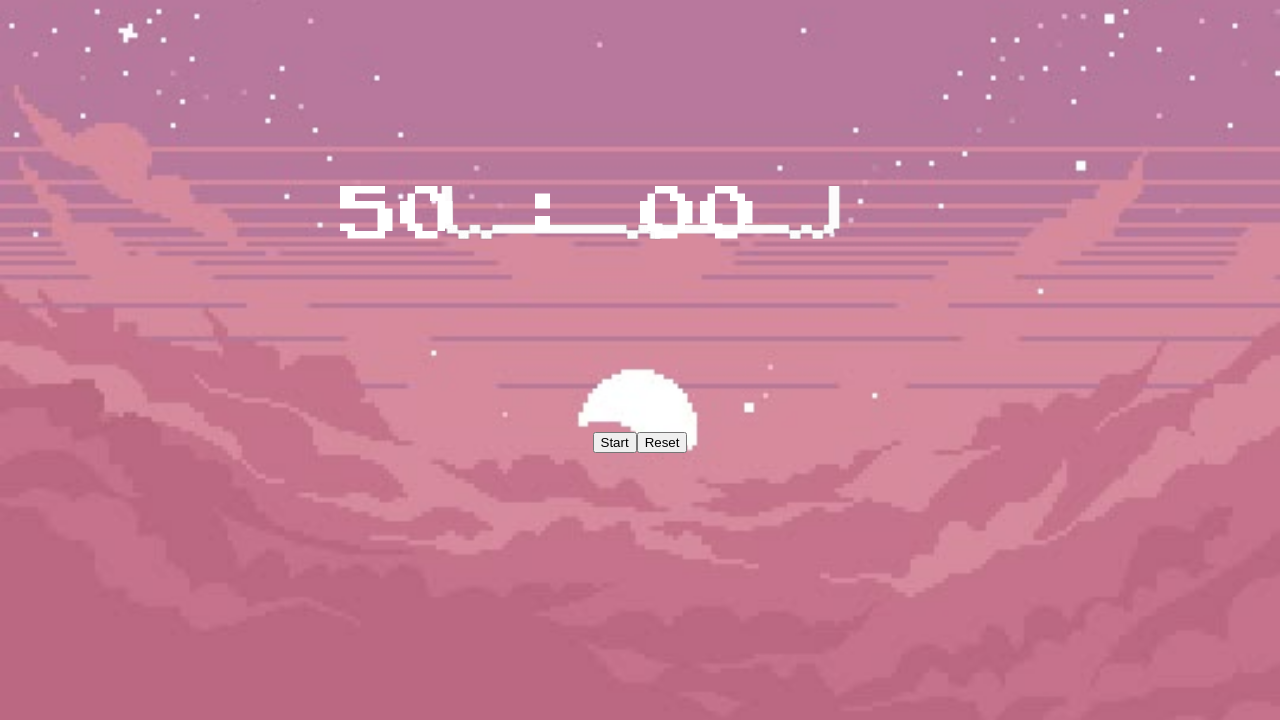
Repository: niharikapatil2306/Study-Timer
Page: index.html
An editor plug-in stored every save of this project. The page is shown before and after the next save, followed by the edit.
The browser window is 1280 px wide. The pictures show the whole page.

Above is the page before, as saved 2025-02-15 17:41:39.

### index.html
<!DOCTYPE html>
<html lang="en">
<head>
    <meta charset="UTF-8">
    <meta name="viewport" content="width=device-width, initial-scale=1.0">
    <title>Study Timer</title>
    <link href="https://fonts.googleapis.com/css2?family=Press+Start+2P&display=swap" rel="stylesheet">
    <link rel="stylesheet" href="style.css" />
</head>
<body style="background-color: black;">
    <div class="container">
        <div class="timer">
            <div class="box">
                <span id="min">
                    50
                </span>
                :
                <span id="sec">
                    00
                </span>
            </div>
        </div>
        <div class="button_container">
            <button id="start">
                Start
            </button>
            <button id="reset">
                Reset
            </button>
        </div>
    </div>
    <script src="./clock.js"></script>
</body>
</html>

### style.css
body {
    margin: 0;
    padding: 0;
    background: url("./img/bg.jpeg") no-repeat center center fixed;
    background-size: cover;
}

.container{
    height: 100vh;
}

.box{
    width: 600px;   same as your border image width
    height: 500px;  /* same as your border image height */
    background: url('./img/border1.png') no-repeat center center;
    background-size: 600px 400px;
}

.timer{
    font-family: 'Press Start 2P', monospace;
    height: 60vh;
    font-size: 60px;
    font-weight: 400;
    color: white;
    display: flex;
    align-items: center;
    justify-content: center;
}

.button_container{
    display: flex;
    align-items: center;
    justify-content: center;
}

/* .timer {

    font-size: 50px;
    color: ivory;
    text-rendering: optimizeSpeed;
}

.box{
    width: max-content ;
    border: 1px solid white;
}

span{
    padding: 4px;
    margin: 8px;
}

.container{
    text-align: center;
    width: 100vw;
    height: 100vh;
    display: flex;
    position: relative; */
    /* flex-direction: column;
    justify-content: center;

} */

### clock.js
let timer;
let timeLeft = 50*60 // 50 minutes
const min = document.getElementById("min");
const sec = document.getElementById("sec");
const startBtn = document.getElementById("start");
const resetBtn = document.getElementById("reset");

function updateDisplay(){
    let minutes = Math.floor(timeLeft/60);
    let seconds = timeLeft%60;
    min.textContent = minutes.toString().padStart(2, "0");
    sec.textContent = seconds.toString().padStart(2, "0");
}

startBtn.addEventListener("click", () => {
    if(!timer){
        timer = setInterval(() => {
            if(timeLeft>0){
                timeLeft--;
                updateDisplay();
            }
            else{
                clearInterval(timer);
                timer = null;
                alert("Take a break!!")
            }
        }, 1000);
    }
});

resetBtn.addEventListener("click", () => {
    clearInterval(timer);
    timer = null;
    timeLeft = 50*60;
    updateDisplay();
});

After the next save:
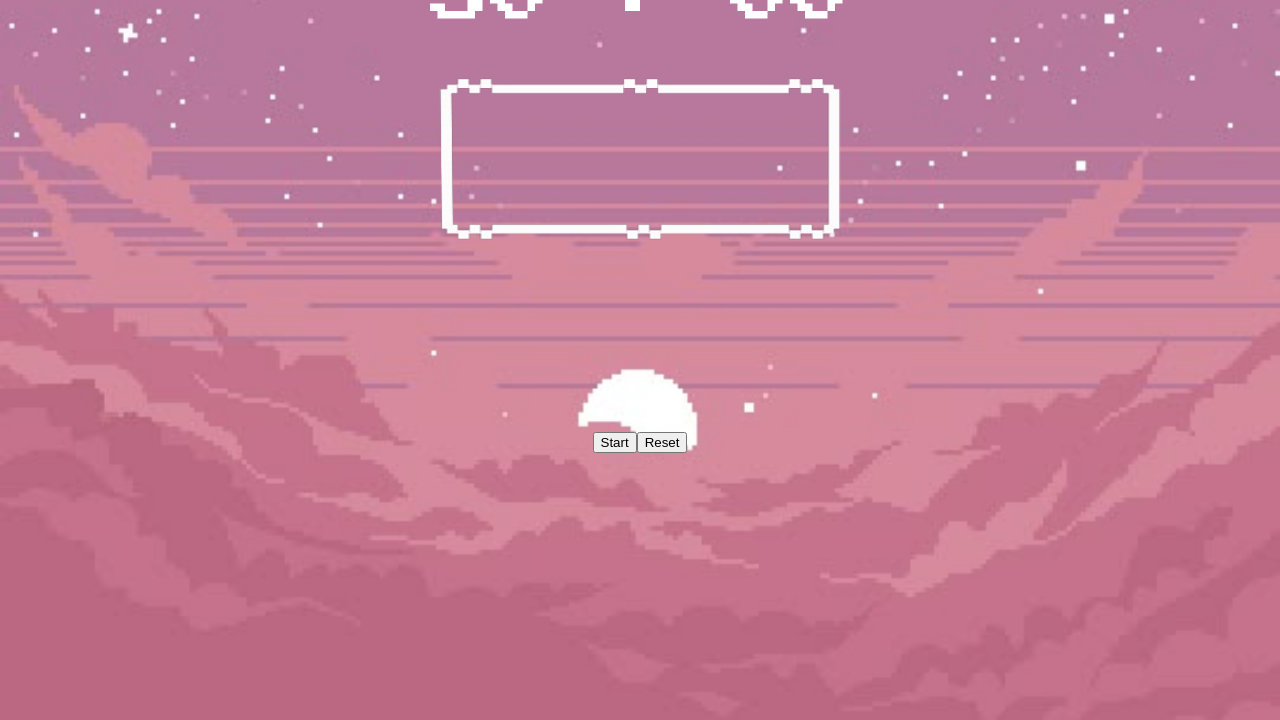
Saved 8 s later.
--- a/style.css
+++ b/style.css
@@ -10,7 +10,7 @@ body {
 }
 
 .box{
-    width: 600px;   same as your border image width
+
     height: 500px;  /* same as your border image height */
     background: url('./img/border1.png') no-repeat center center;
     background-size: 600px 400px;
